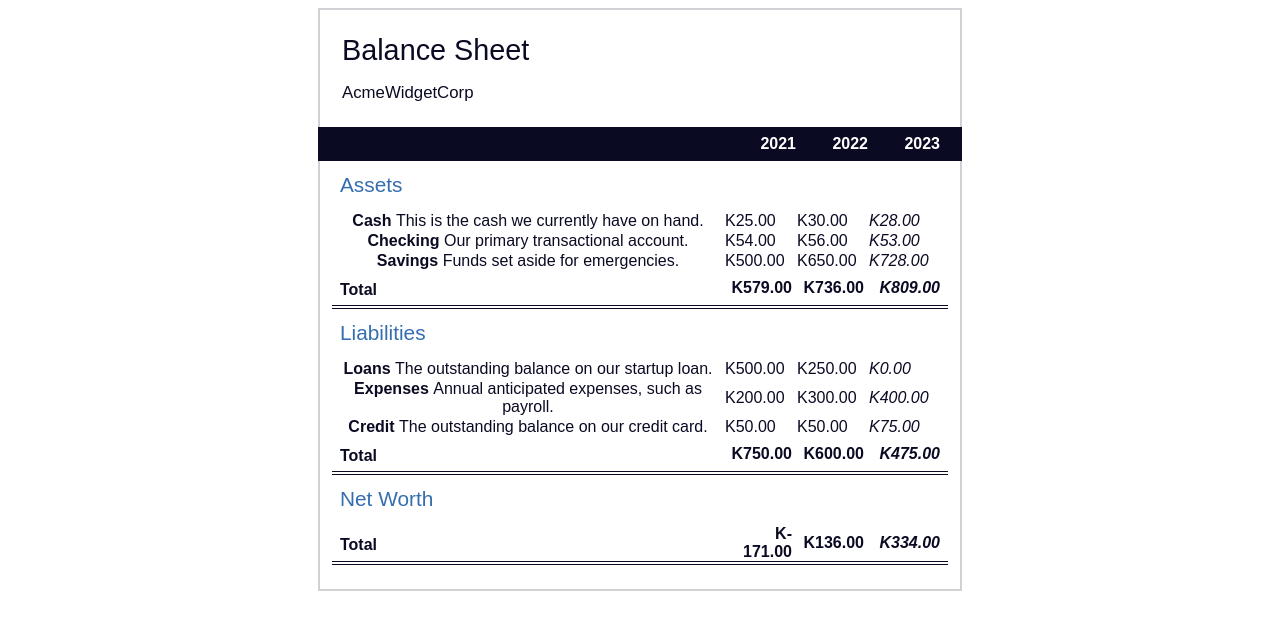
Repository: Lungdjos/balance_shee
Page: index.html
An editor plug-in stored every save of this project. The page is shown before and after the next save, followed by the edit.
The browser window is 1280 px wide. The pictures show the whole page.

Above is the page before, as saved 2023-11-04 23:28:08.

### index.html
<!DOCTYPE html>
<html lang="en">

<head>
    <meta charset="UTF-8">
    <meta name="viewport" content="width=device-width, initial-scale=1.0">
    <title>Balance Sheet</title>
    <link rel="stylesheet" href="styles.css">
</head>

<body>
    <main>
        <section>
            <h1>
                <span class="flex">
                <span>AcmeWidgetCorp</span>
                <span>Balance Sheet</span>
                </span>
            </h1>
            <div id="years" aria-hidden="true">
                <span class="year">2021</span>
                <span class="year">2022</span>
                <span class="year">2023</span>
            </div>
            <div class="table-wrap">
                <table>
                    <caption>Assets</caption>
                    <thead>
                        <tr>
                            <td></td>
                            <th><span class="sr-only year">2021</span></th>
                            <th><span class="sr-only year">2022</span></th>
                            <th class="current"><span class="sr-only year">2023</span></th>
                        </tr>
                    </thead>
                    <tbody>
                        <tr class="data">
                            <th>
                                Cash <span class="description">This is the cash we currently have on hand.</span>
                            </th>
                            <td>K25.00</td>
                            <td>K30.00</td>
                            <td class="current">K28.00</td>
                        </tr>
                        <tr class="data">
                            <th>
                                Checking <span class="description">Our primary transactional account.</span>
                            </th>
                            <td>K54.00</td>
                            <td>K56.00</td>
                            <td class="current">K53.00</td>
                        </tr>
                        <tr class="data">
                            <th>
                                Savings <span class="description">Funds set aside for emergencies.</span>
                            </th>
                            <td>K500.00</td>
                            <td>K650.00</td>
                            <td class="current">K728.00</td>
                        </tr>
                        <tr class="total">
                            <th>
                                Total <span class="sr-only">Assets</span>
                            </th>
                            <td>K579.00</td>
                            <td>K736.00</td>
                            <td class="current">K809.00</td>
                        </tr>
                    </tbody>
                </table>
                <table>
                    <caption>Liabilities</caption>
                    <thead>
                        <tr>
                            <td></td>
                            <th><span class="sr-only">2021</span></th>
                            <th><span class="sr-only">2022</span></th>
                            <th><span class="sr-only">2023</span></th>
                        </tr>
                    </thead>
                    <tbody>
                        <tr class="data">
                            <th>
                                Loans <span class="description">The outstanding balance on our startup loan.</span>
                            </th>
                            <td>K500.00</td>
                            <td>K250.00</td>
                            <td class="current">K0.00</td>
                        </tr>
                        <tr class="data">
                            <th>
                                Expenses <span class="description">Annual anticipated expenses, such as payroll.</span>
                            </th>
                            <td>K200.00</td>
                            <td>K300.00</td>
                            <td class="current">K400.00</td>
                        </tr>
                        <tr class="data">
                            <th>
                                Credit <span class="description">The outstanding balance on our credit card.</span>
                            </th>
                            <td>K50.00</td>
                            <td>K50.00</td>
                            <td class="current">K75.00</td>
                        </tr>
                        <tr class="total">
                            <th>
                                Total <span class="sr-only">Liabilities</span>
                            </th>
                            <td>K750.00</td>
                            <td>K600.00</td>
                            <td class="current">K475.00</td>
                        </tr>
                    </tbody>
                </table>
                <table>
                    <caption>Net Worth</caption>
                    <thead>
                        <tr>
                            <td></td>
                            <th><span class="sr-only">2021</span></th>
                            <th><span class="sr-only">2022</span></th>
                            <th><span class="sr-only">2023</span></th>
                        </tr>
                    </thead>
                    <tbody>
                        <tr class="total">
                            <th>
                                Total <span class="sr-only">Net Worth</span>
                            </th>
                            <td>K-171.00</td>
                            <td>K136.00</td>
                            <td class="current">K334.00</td>
                        </tr>
                    </tbody>
                </table>
            </div>
        </section>
    </main>
</body>

</html>

</html>

</html>

### styles.css
    /* general styling */

    html {
        box-sizing: border-box;
    }

    body {
        font-family: sans-serif;
        color: #0a0a23;
    }

    span[class~="sr-only"] {
        border: 0 !important;
        clip: rect(1px, 1px, 1px, 1px) !important;
        clip-path: inset(50%) !important;
        width: 1px !important;
        height: 1px !important;
        overflow: hidden !important;
        white-space: nowrap !important;
        position: absolute !important;
        padding: 0 !important;
        margin: 1px !important;
    }
    /* table styling */

    h1 {
        max-width: 37.25rem;
        margin: 0 auto;
        padding: 1.5rem 1.25rem;
    }

    h1 .flex {
        display: flex;
        flex-direction: column-reverse;
        gap: 1rem;
    }

    h1 .flex span:first-of-type {
        font-size: .7em;
    }

    h1 .flex span:last-of-type {
        font-size: 1.2em;
    }

    section {
        max-width: 40rem;
        margin: 0 auto;
        border: 2px solid #d0d0d5;
    }

    #years {
        position: sticky;
        top: 0;
        display: flex;
        justify-content: flex-end;
        color: #fff;
        background: #0a0a23;
        margin: 0 -2px;
        padding: .5rem calc(1.25rem + 2px) .5rem 0;
        z-index: 999;
    }

    #years span[class] {
        font-weight: bold;
        width: 4.5rem;
        text-align: right;
    }

    .table-wrap {
        padding: 0 .75rem 1.5rem .75rem;
    }

    span {
        font-weight: normal;
    }

    table {
        border-collapse: collapse;
        border: 0;
        width: 100%;
        position: relative;
        margin-top: 3rem;
    }

    table caption {
        color: #356eaf;
        font-weight: normal;
        font-size: 1.3em;
        position: absolute;
        top: -2.25rem;
        left: .5rem;
    }

    tbody td {
        max-width: 4rem;
        min-width: 4rem;
        width: 100vw;
    }

    tbody th {
        max-width: 4rem;
        min-width: 4rem;
    }

    tr[class="total"] {
        border-bottom: 4px double #0a0a23;
        font-weight: bold;
    }

    tr[class="total"] th {
        text-align: left;
        padding: .5rem 0 .25rem .5rem
    }

    tr.total td {
        text-align: right;
        padding: 0 .25rem;
    }

    tr.total td:nth-of-type(3) {
        padding: .5rem;
    }

    tr.total:hover {
        background: #99c9ff;
    }

    td[class="current"] {
        font-style: italic;
    }

After the next save:
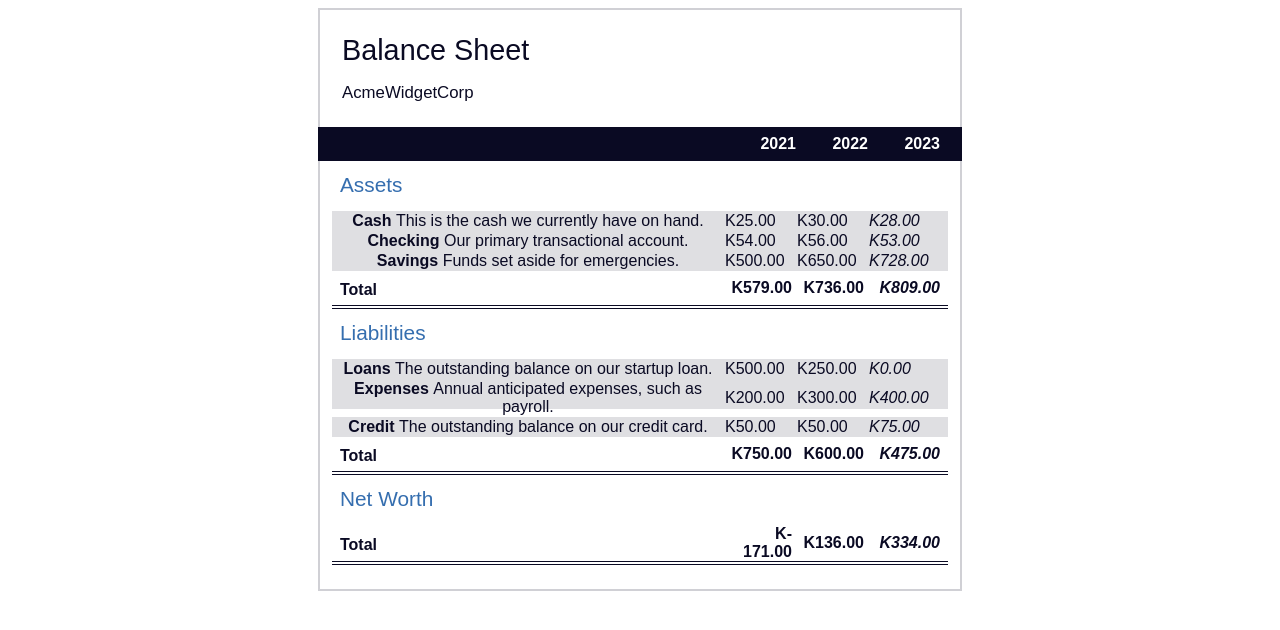
Saved 96 s later.
--- a/styles.css
+++ b/styles.css
@@ -129,3 +129,7 @@
     td[class="current"] {
         font-style: italic;
     }
+
+    tr[class="data"] {
+        background: linear-gradient(to bottom, #dfdfe2 1.845rem, white 1.845rem);
+    }
